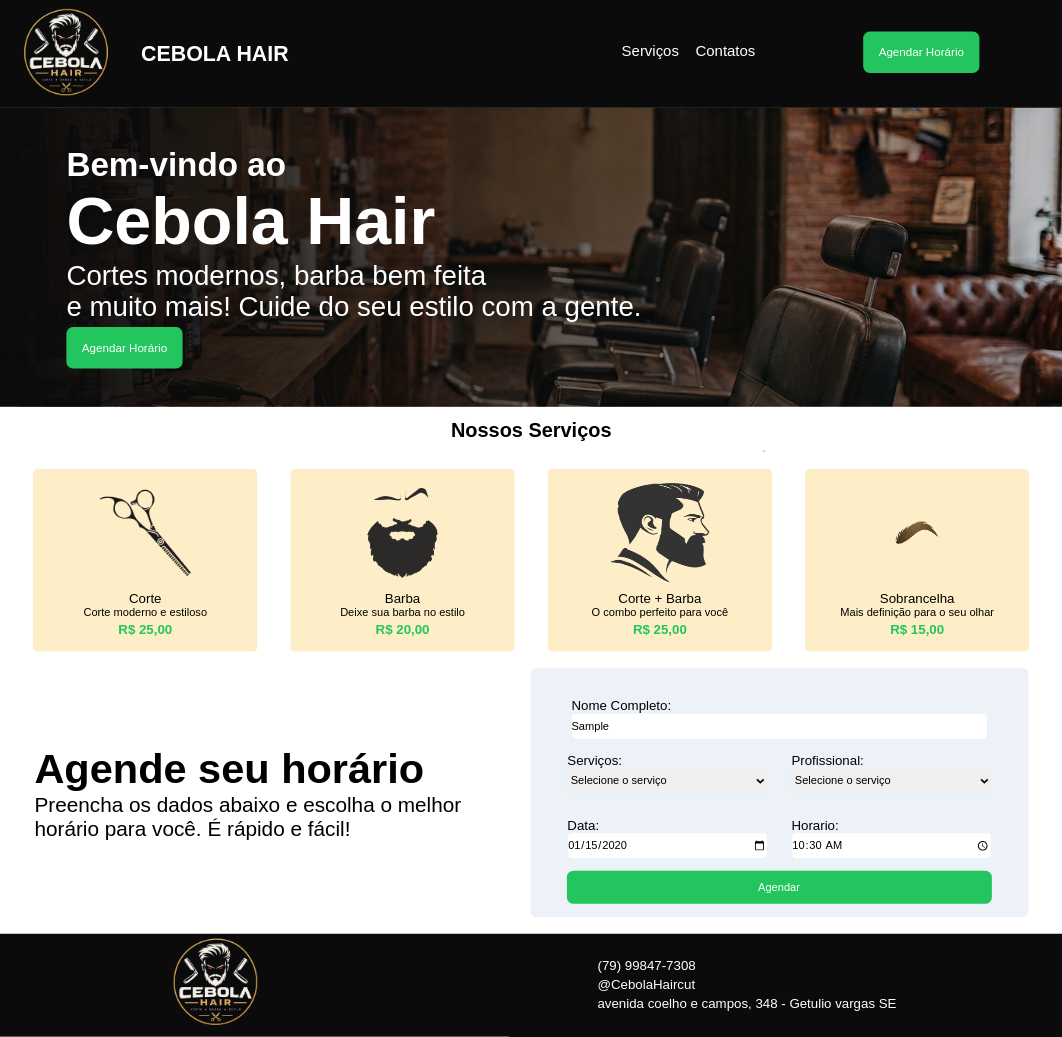
Repository: antonymsantana-design/final.activitie1
Page: index.html
The author's editor kept a copy of each file at every save. The page is drawn from the files as they stood at one save, then again after a run of saves.
The browser window is 1280 px wide. The pictures show the whole page, at 83% of full size.
Empty fields were first filled with sample values (such as "Sample", 5 or name@example.com).
After loading, the first visible `#btn` was clicked once.

Above is the page before, as saved 2026-09-15 20:18:37.

After the next 6 saves:
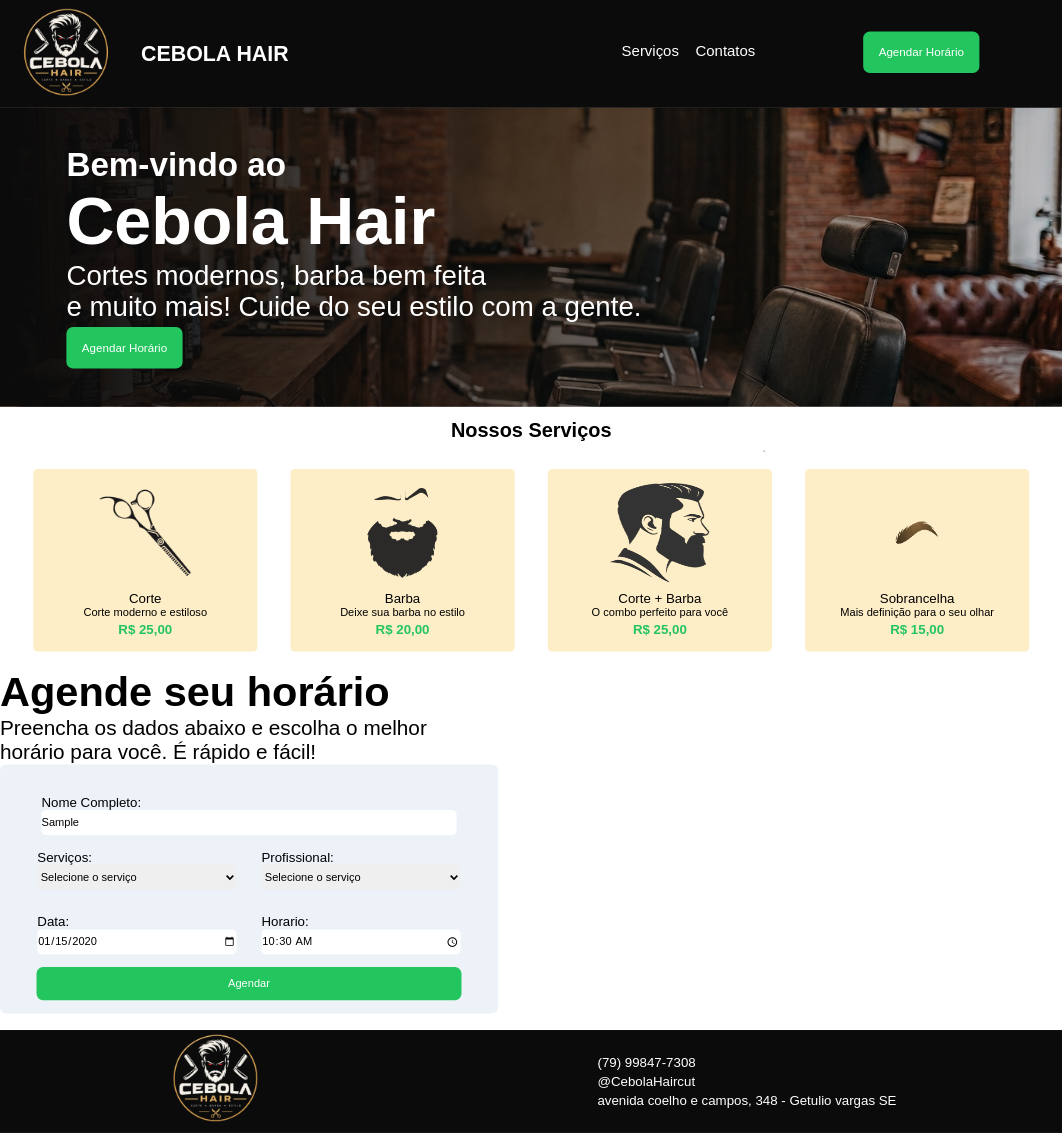
The 6 saves are shown as one change because they came seconds apart.
The last was saved 14 s later.
--- a/script.js
+++ b/script.js
@@ -1,5 +1,5 @@
 let agendaroll = document.querySelector(".btn");
 
 agendaroll.addEventListener("click", function(){
-    document
+    document.querySelector(".agendar").style.display = "block";
 })

After the save that followed:
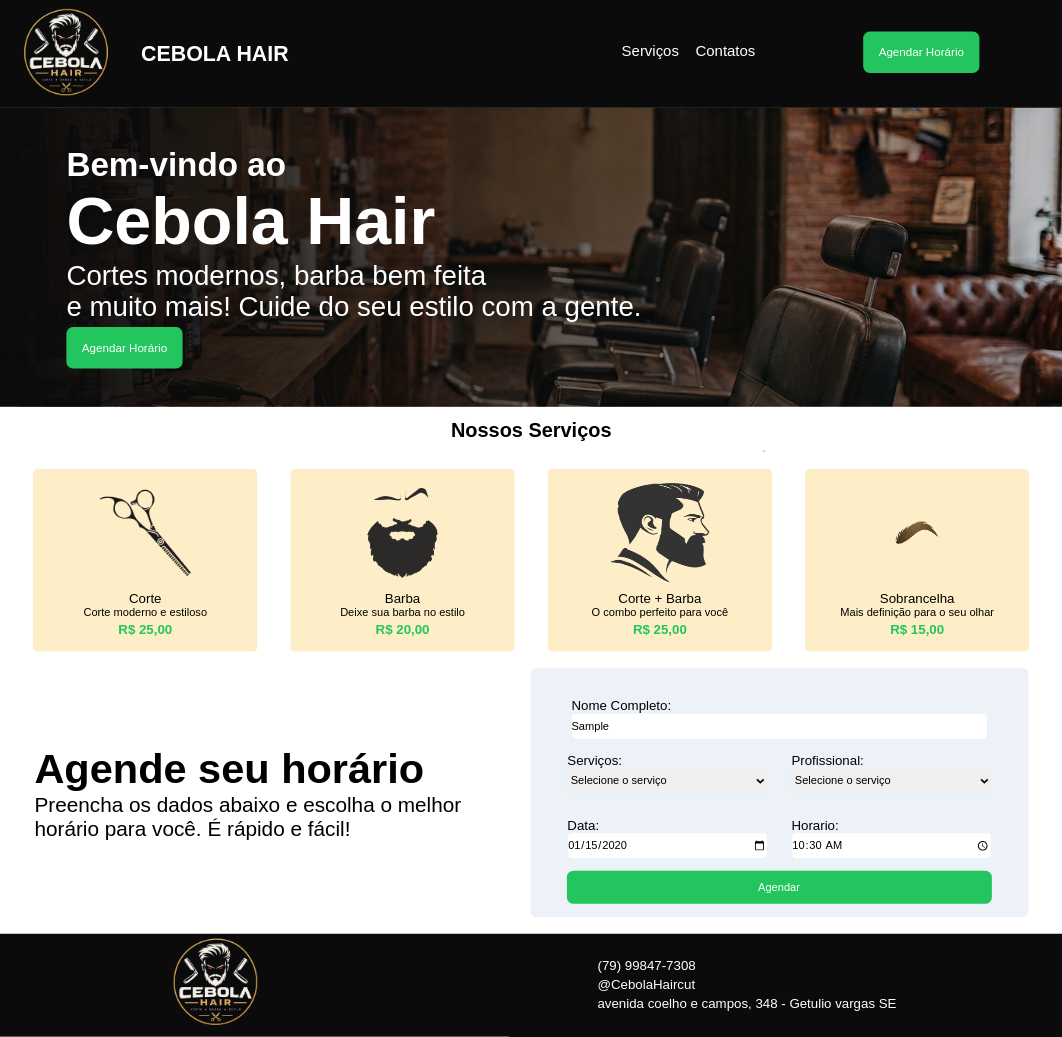
Saved 4 s later.
--- a/script.js
+++ b/script.js
@@ -1,5 +1,5 @@
 let agendaroll = document.querySelector(".btn");
 
 agendaroll.addEventListener("click", function(){
-    document.querySelector(".agendar").style.display = "block";
+    document.querySelector(".agendar")
 })
